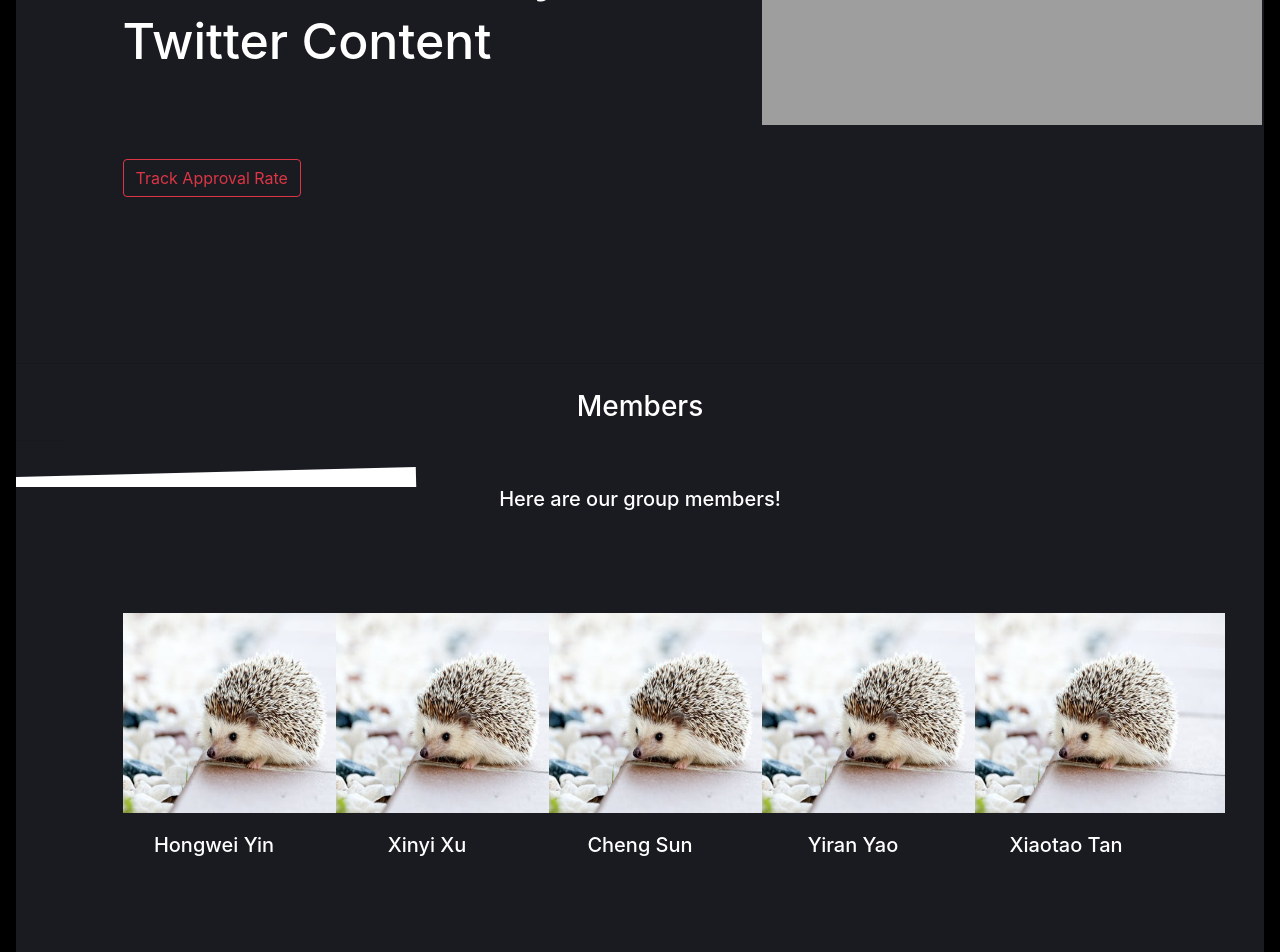
Repository: gusyi/COMP90024_Team29
Page: frontend/templates/frontend/home.html
An editor plug-in stored every save of this project. The page is shown before and after the next save, followed by the edit.
The browser window is 1280 px wide. The pictures show the part of the page from y = 554 to 1506 px (the page is 1575 px tall).
Pictures or frames that could not be fetched are drawn as grey boxes. Some web libraries are served in a nearby version. The template is drawn by Django 3.2. The application's start-up code is not run. The template is opened directly, without the code that normally fills it, so the values that code supplies are empty.

Above is the page before, as saved 2020-05-25 23:42:36.

After the next save:
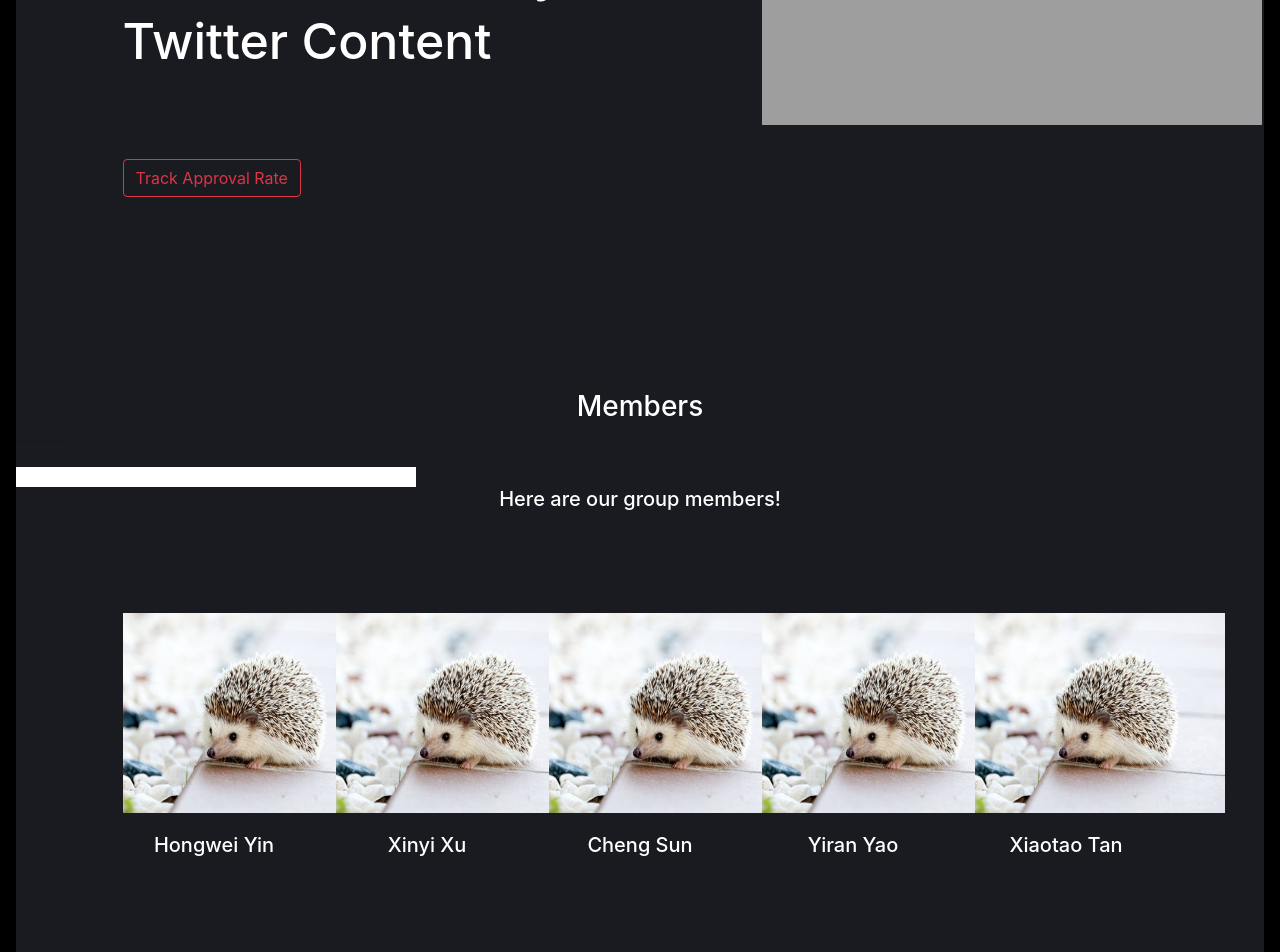
Saved 16 s later.
--- a/backend/frontend/templates/frontend/home.html
+++ b/backend/frontend/templates/frontend/home.html
@@ -40,7 +40,7 @@
     <h3  style="text-align: center;color:white;"> Members</h3>
     <hr style="width:50px;text-align:center;color:white;margin-left:0">
     <svg height="30" width="1000">
-        <line x1="0" y1="30" x2="400" y2="20" style="stroke:rgb(255,255,255);stroke-width:20" />
+        <line x1="0" y1="20" x2="400" y2="20" style="stroke:rgb(255,255,255);stroke-width:20" />
     </svg>
     <h5  style="text-align: center;color:white;"> Here are our group members!</h5>
     <br>
